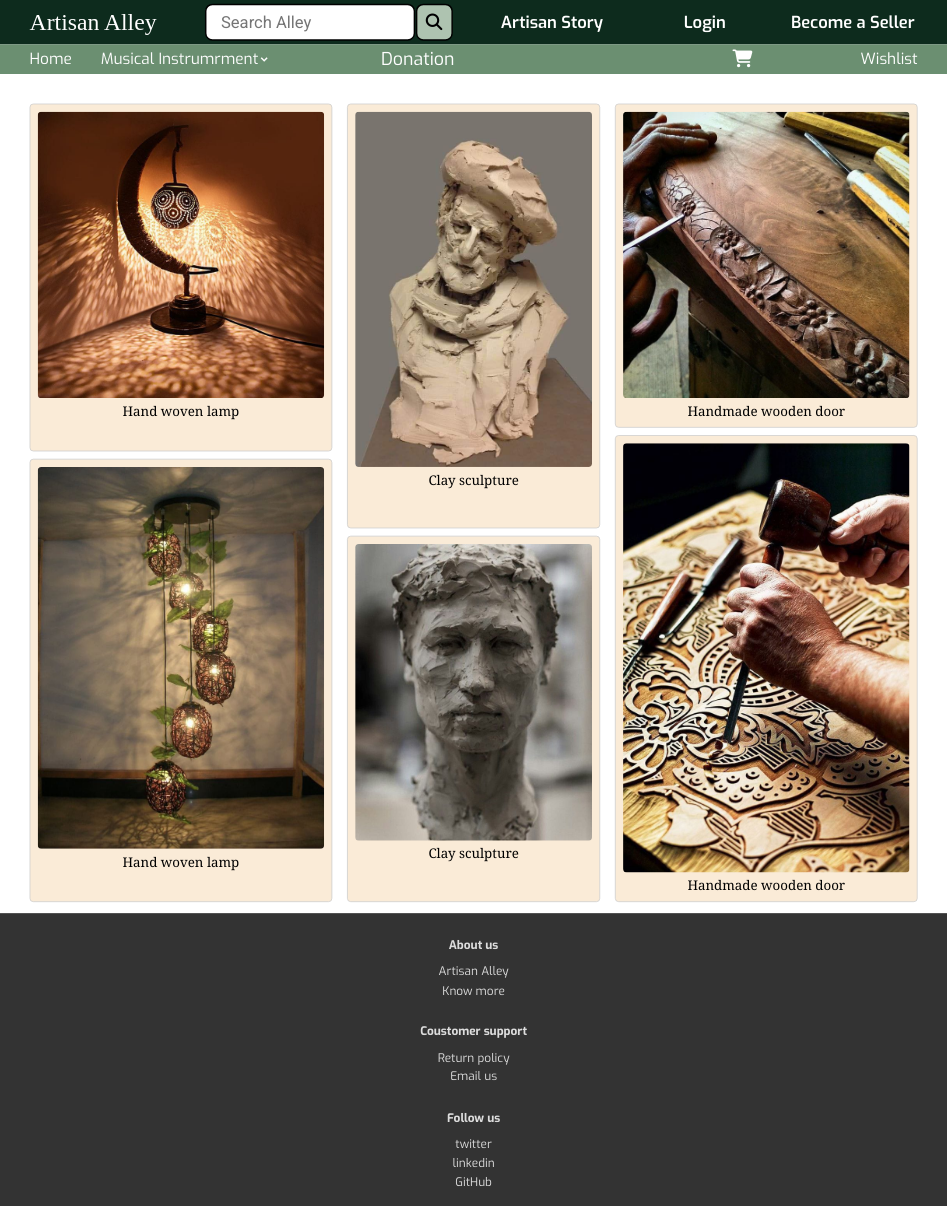
Repository: RingkhangBTY/Bytehacks_Hackathon_Project
Page: index.html
These files come from the project's save history. The page is drawn as it stood at one moment and after a run of saves; the edit follows.
The browser window is 1280 px wide. The pictures show the whole page, at 74% of full size.
Some web fonts or font styles are not loaded; a fallback is used.

Above is the page before, as saved 2024-11-27 04:58:49.

After the next 2 saves:
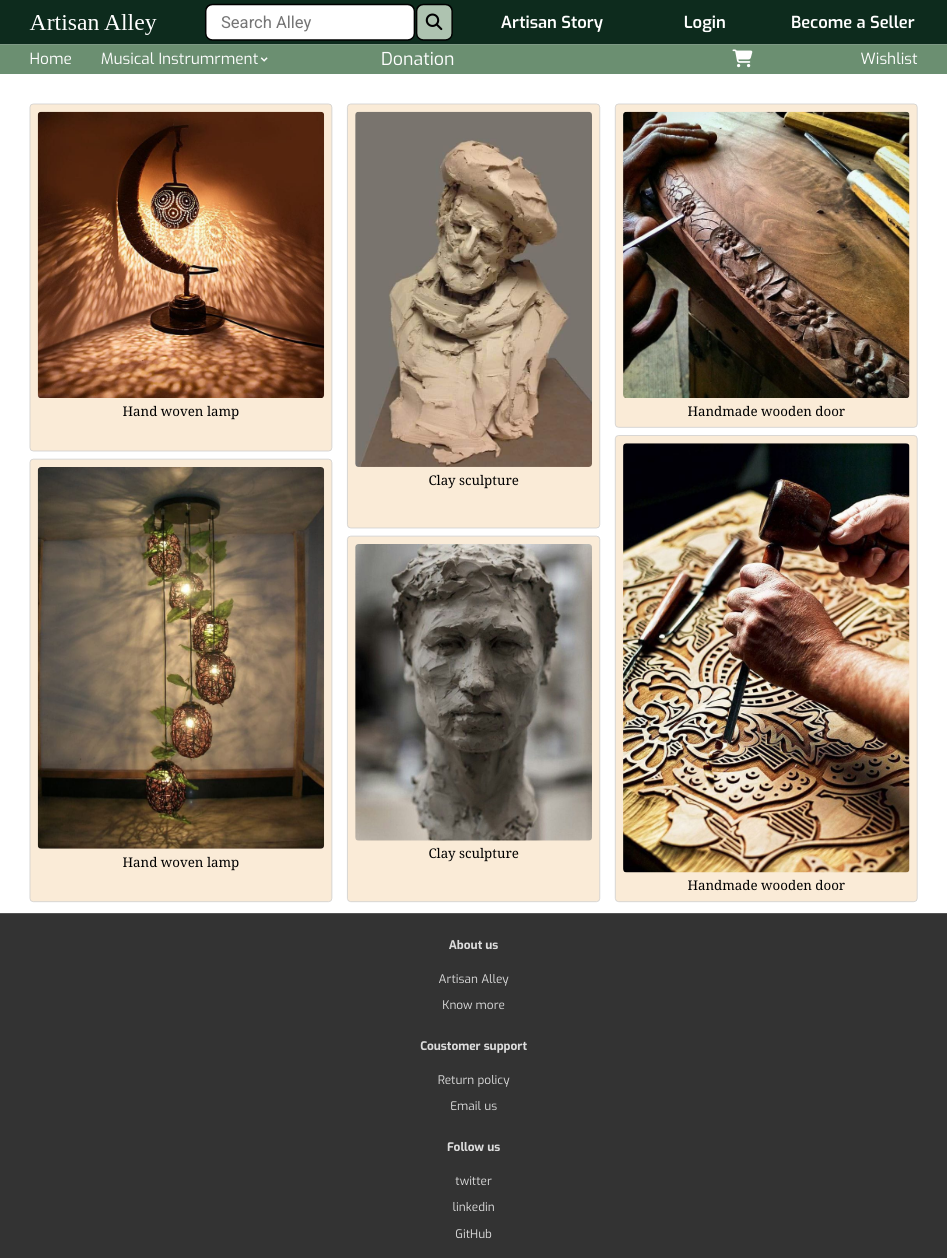
The 2 saves are shown as one change because they came seconds apart.
The last was saved 21 s later.
--- a/style.css
+++ b/style.css
@@ -219,7 +219,10 @@ footer{
 }
 
 .imfo-container{
-
+  display: flex;
+    flex-direction: column; /* Arrange items vertically */
+    align-items: center; /* Center-align text */
+    gap: 10px;
 }
 
 .imfo-container h6{
